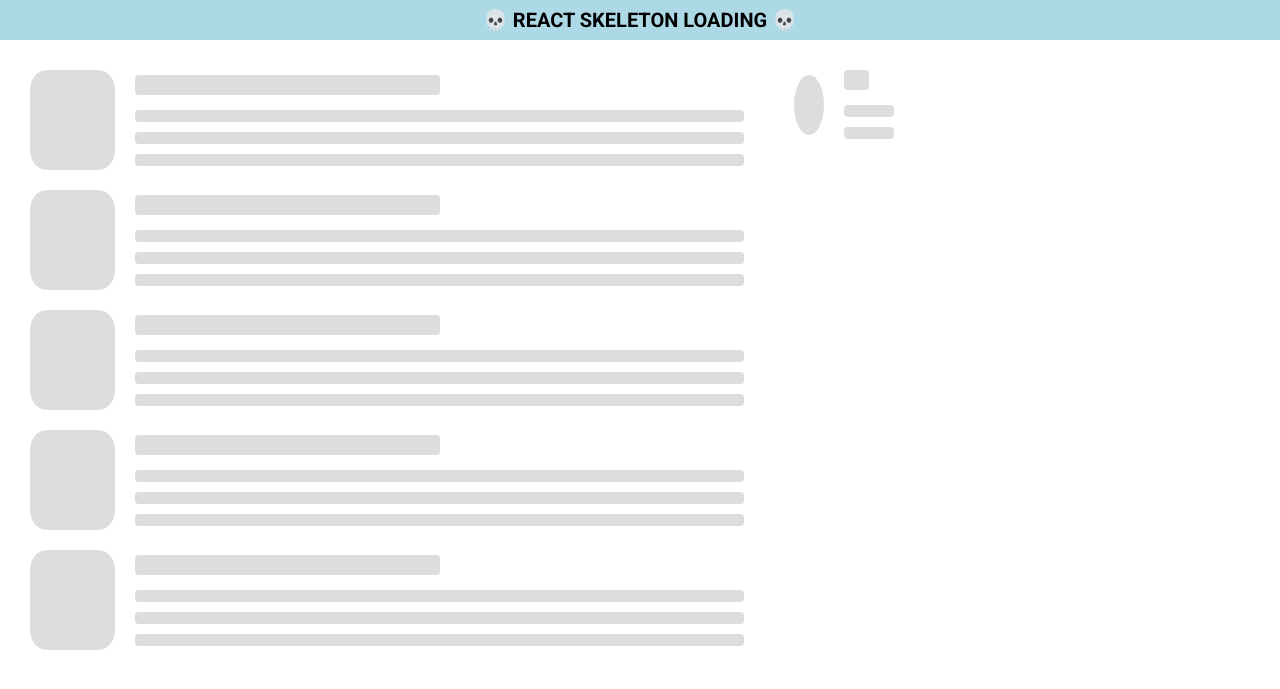
Repository: ethanJones21/React-Skeleton-Loading
Page: /
The author's editor kept a copy of each file at every save. The page is drawn from the files as they stood at one save, then again after the next save.
The browser window is 1280 px wide. The pictures show the whole page.
The page's requests for data from a server got no answer. The project was rebuilt for these pictures with package versions that can differ from the ones it lists, and the page was loaded fresh each time. No one was signed in, and anything a server would have sent is missing. Also part of the build but not shown: src/components/Post.css, src/components/Post.js.

Above is the page before, as saved 2020-11-26 03:28:09.

### public/index.html
<!DOCTYPE html>
<html lang="en">
  <head>
    <meta charset="utf-8" />
    <link rel="icon" href="%PUBLIC_URL%/favicon.ico" />
    <meta name="viewport" content="width=device-width, initial-scale=1" />
    <meta name="theme-color" content="#000000" />
    <meta name="description" content="React skeleton loading" />
    <link rel="preconnect" href="https://fonts.gstatic.com" />
    <link
      href="https://fonts.googleapis.com/css2?family=Roboto:wght@100;300;400;500;700;900&display=swap"
      rel="stylesheet"
    />
    <title>React Skeleton</title>
  </head>
  <body>
    <noscript>You need to enable JavaScript to run this app.</noscript>
    <div id="root"></div>
  </body>
</html>

### src/App.js
import './App.css';
import Header from './components/Header';
import Posts from './components/Posts';
import User from './components/User';

function App() {
  return (
    <div className="app">
      <Header/>

      <div className="appContainer">
        <Posts/>
        <User/>
      </div>
    </div>
  );
}

export default App;

### src/App.css
*{
    margin: 0;
    font-family: 'Roboto', sans-serif;
}
.appContainer{
    display: flex;
    padding: 20px;
    align-items: start;
}

### src/components/Header.js
import React from 'react';
import "./Header.css"

const Header = () => {
    return (
        <div className="header">
            <span>💀 REACT SKELETON LOADING 💀 </span>
        </div>
    );
};

export default Header;

### src/components/Posts.js
import React, { useEffect, useState } from "react";
import Post from "./Post";
import "./Posts.css";
import { photos } from "../photos";
import PostSkeleton from "../skeleton/PostSkeleton";

const Posts = () => {
  const [postArray, setPostArray] = useState([]);

  useEffect(() => {
    setTimeout(() => {
      const fetchPosts = async () => {
        const res = await fetch("https://jsonplaceholder.typicode.com/posts");
        const data = await res.json();
        setPostArray(data.slice(0, 10));
      };
      fetchPosts();
    }, 5000);
  }, []);

  return (
    <div className="posts">
      {postArray.length > 0
        ? postArray.map((post) => (
            <Post
              key={post.id}
              post={{ ...post, photo: photos[post.id - 1] }}
            />
          ))
        : [1, 2, 3, 4, 5].map((item) => <PostSkeleton />)}
    </div>
  );
};

export default Posts;

### src/components/User.js
import React, { useState, useEffect } from "react";
import "./User.css";
import { photos } from "../photos";
import UserSkeleton from "../skeleton/UserSkeleton";

const User = () => {
  const [user, setUser] = useState(null);

  useEffect(() => {
    setTimeout(() => {
      const fetchUser = async () => {
        const res = await fetch("https://jsonplaceholder.typicode.com/users");
        const data = await res.json();
        setUser(data[0]);
      };
      fetchUser();
    }, 5000);
  }, []);

  return (
    <div className="user">
      {user !== null ? (
        <>
          <div className="userPhoto">
            <img className="userPhotoImg" src={photos[9]} alt="avatar" />
          </div>
          <div className="userInfo">
            <span className="userInfoText">
              <b>{user.name}</b>
            </span>
            <span className="userInfoText">{user.email}</span>
            <span className="userInfoText">{user.address.street}</span>
          </div>
          <button className="writeButton">Write a Story</button>
        </>
      ) : (
        <UserSkeleton />
      )}
    </div>
  );
};

export default User;

### src/components/Header.css
.header{
    display: flex;
    align-items: center;
    justify-content: center;
    height: 40px;
    width: 100%;
    background-color: lightblue;
    font-weight: 600;
    font-size: 20px;
}

### src/components/Posts.css
.posts{
    flex: 0.6;
    padding-right: 50px;
}

### src/photos.js
export const photos = [
  "https://images.pexels.com/photos/789296/pexels-photo-789296.jpeg?auto=compress&cs=tinysrgb&dpr=2&w=500",
  "https://images.pexels.com/photos/3772771/pexels-photo-3772771.jpeg?auto=compress&cs=tinysrgb&dpr=2&w=500",
  "https://images.pexels.com/photos/3059745/pexels-photo-3059745.jpeg?auto=compress&cs=tinysrgb&dpr=2&w=500",
  "https://images.pexels.com/photos/2896840/pexels-photo-2896840.jpeg?auto=compress&cs=tinysrgb&dpr=2&w=500",
  "https://images.pexels.com/photos/3155588/pexels-photo-3155588.jpeg?auto=compress&cs=tinysrgb&dpr=2&w=500",
  "https://images.pexels.com/photos/936019/pexels-photo-936019.jpeg?auto=compress&cs=tinysrgb&dpr=2&w=500",
  "https://images.pexels.com/photos/1071162/pexels-photo-1071162.jpeg?auto=compress&cs=tinysrgb&dpr=2&w=500",
  "https://images.pexels.com/photos/3147528/pexels-photo-3147528.jpeg?auto=compress&cs=tinysrgb&dpr=2&w=500",
  "https://images.pexels.com/photos/3541389/pexels-photo-3541389.jpeg?auto=compress&cs=tinysrgb&dpr=2&w=500",
  "https://images.pexels.com/photos/1680172/pexels-photo-1680172.jpeg?auto=compress&cs=tinysrgb&dpr=2&w=500",
];

### src/skeleton/PostSkeleton.js
import React from "react";
import "./PostSkeleton.css";
import Skeleton from "./Skeleton";

const PostSkeleton = () => {
  return (
    <div className="postSkeleton">
      <Skeleton type="avatar" />
      <div className="postSkeletonRight">
        <Skeleton type="title" />
        <Skeleton type="text" />
        <Skeleton type="text" />
        <Skeleton type="text" />
      </div>
    </div>
  );
};

export default PostSkeleton;

### src/components/User.css
.user {
  flex: 0.4;
  display: flex;
  align-items: center;
}

.userPhotoImg {
  width: 60px;
  height: 60px;
  border-radius: 50%;
  margin-right: 20px;
  object-fit: cover;
}

.userInfo{
    display: flex;
    flex-direction: column;
}

.writeButton{
    padding: 10px;
    border: none;
    margin-left: 20px;
    border-radius: 10px;
    cursor: pointer;
}

.writeButton:focus{
    outline: none;
}

### src/skeleton/UserSkeleton.js
import React from "react";
import "./UserSkeleton.css";
import Skeleton from "./Skeleton";

const UserSkeleton = () => {
  return (
    <div className="userSkeleton">
      <Skeleton type="userAvatar" />
      <div className="userSkeletonRight">
        <Skeleton type="title" />
        <Skeleton type="text" />
        <Skeleton type="text" />
      </div>
    </div>
  );
};

export default UserSkeleton;

### src/skeleton/PostSkeleton.css
.postSkeleton {
  display: flex;
  align-items: center;
}

.postSkeletonRight{
    width: 100%;
}

### src/skeleton/Skeleton.js
import React from "react";
import "./Skeleton.css"

const Skeleton = ({ type }) => {
  return <div className={`skeleton ${type}`}></div>;
};

export default Skeleton;

### src/skeleton/UserSkeleton.css
.userSkeleton {
  display: flex;
  align-items: center;
}

.userSkeletonRight {
  width: 100%;
}

### src/skeleton/Skeleton.css
.skeleton {
  background: #ddd;
  overflow: hidden;
  margin: 10px;
  border-radius: 4px;
}

.skeleton.text {
  width: 100%;
  height: 12px;
}

.skeleton.title {
  width: 50%;
  height: 20px;
  margin-bottom: 15px;
}

.skeleton.avatar {
  width: 100px;
  height: 100px;
  border-radius: 20%;
}

.skeleton.userAvatar {
  width: 60px;
  height: 60px;
  border-radius: 50%;
}

Loaded but not shown: src/index.js (common file)

After the next save:
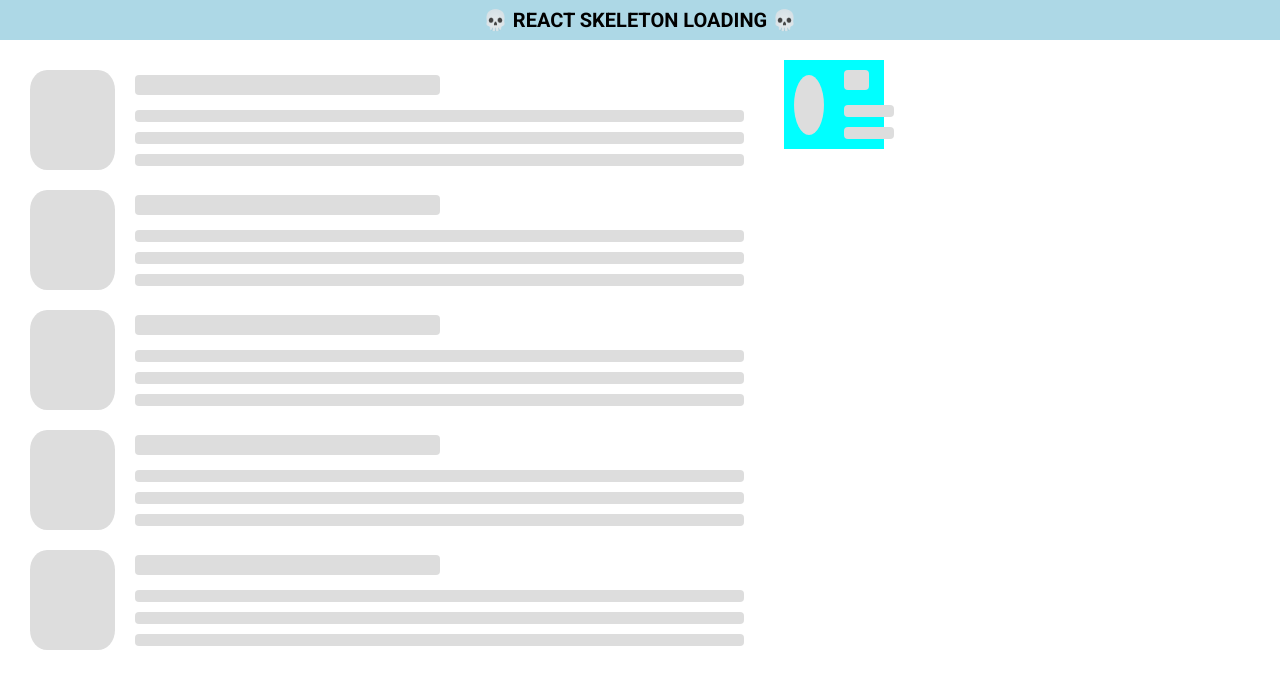
Saved 10 s later.
--- a/src/skeleton/UserSkeleton.css
+++ b/src/skeleton/UserSkeleton.css
@@ -1,6 +1,7 @@
 .userSkeleton {
   display: flex;
   align-items: center;
+  background-color: cyan;
 }
 
 .userSkeletonRight {
